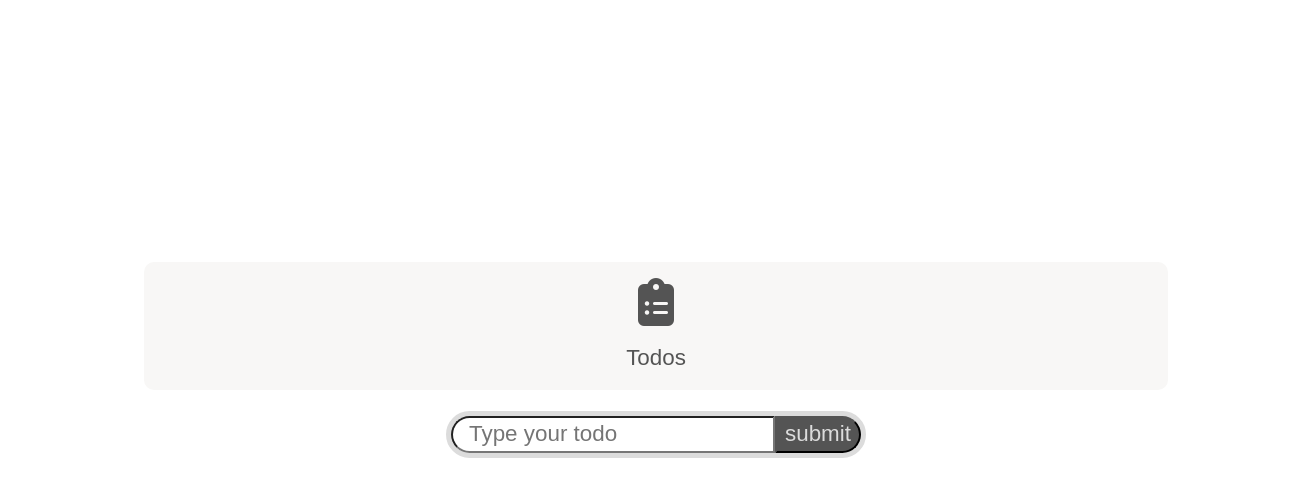
Repository: ShindanoSingi/My-Channel-Videos
Page: index.html
The author's editor kept a copy of each file at every save. The page is drawn from the files as they stood at one save, then again after the next save.
The browser window is 1280 px wide. The page is 1312 px wide, then 1280 px, so the pictures cover 1312 px, including what lies to the right of the window. The pictures show the whole page.

Above is the page before, as saved 2023-07-16 12:27:15.

After the next save:
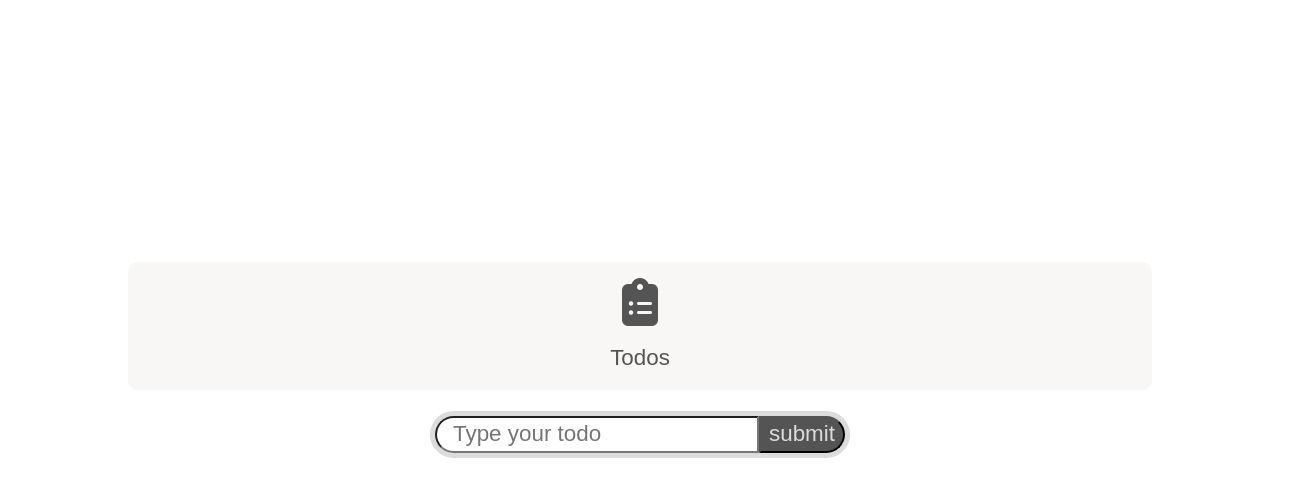
Saved 10 s later.
--- a/style.css
+++ b/style.css
@@ -23,7 +23,7 @@ body{
     width: fit-content;
     box-sizing: 0;
     margin: 0;
-    padding: 0 1rem;
+    padding: 0;
 }
 
 .todo-icon{
